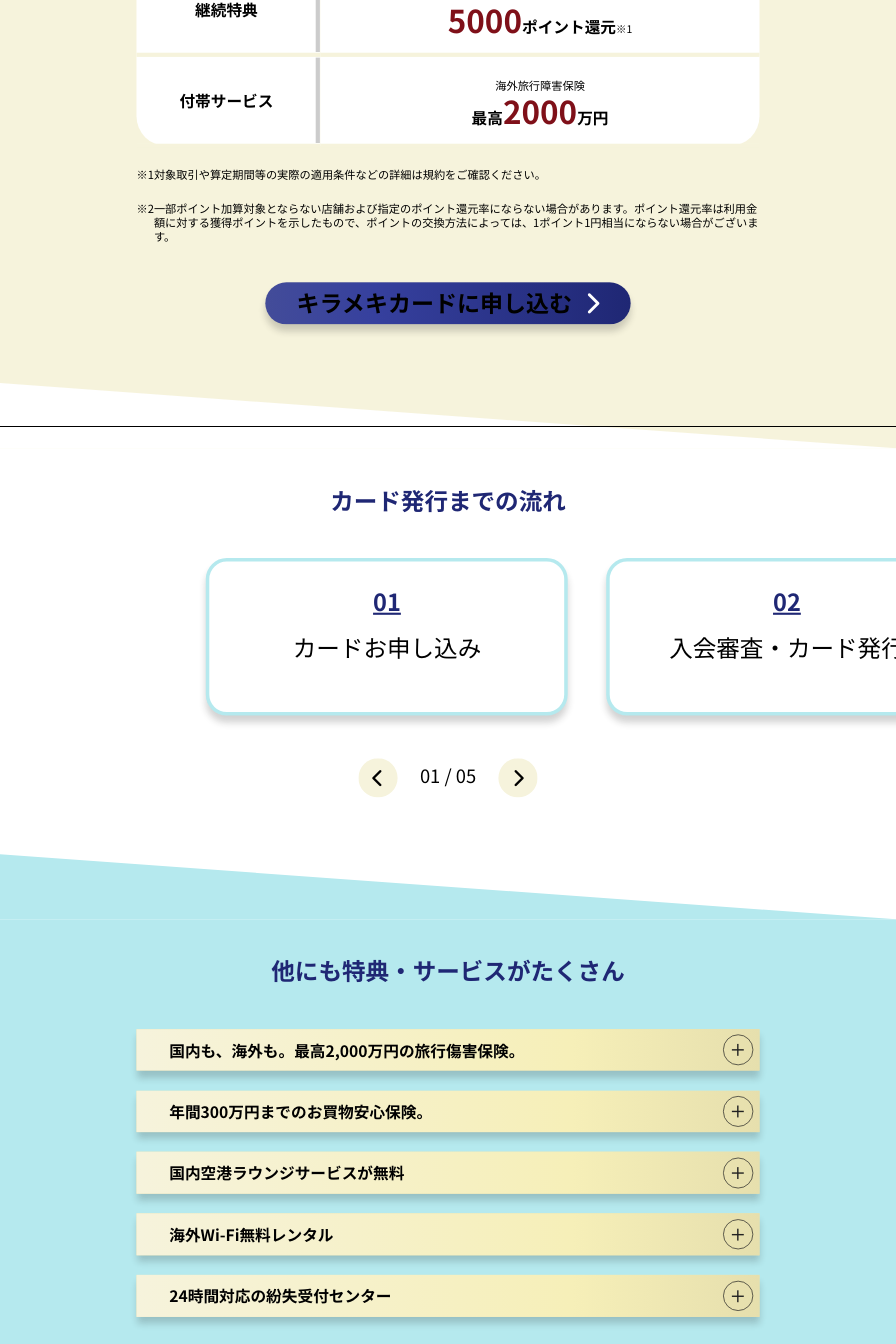
Repository: ryu-nuno/tech_academy_subwork
Page: kadai-kirameki-card-main/index.html
The author's editor kept a record of every edit. The page is drawn from the files as they stood at one moment, then again after the next edit.
The browser window is 1280 px wide. The pictures show the part of the page from y = 2296 to 4216 px (the page is 6409 px tall), at 70% of full size.
Some web libraries are served in a nearby version.

Above is the page before.

### kadai-kirameki-card-main/index.html
<!DOCTYPE html>
<html lang="ja">
    <head>
        <meta charset="UTF-8">
        <meta name="viewport" content="width=device-width, initial-scale=1.0">
        <title>Kirameki-card</title>
        <meta name="description" content="ページの説明が入ります">

        <!-- CSS -->
        <link rel="stylesheet" href="https://cdnjs.cloudflare.com/ajax/libs/normalize/8.0.1/normalize.css">
        <link rel="stylesheet" type="text/css" href="./slick/slick.css">
        <link rel="stylesheet" type="text/css" href="./slick/slick-theme.css">
        <link rel="stylesheet" href="https://unpkg.com/swiper/swiper-bundle.css">
        <link rel="stylesheet" href="https://unpkg.com/swiper/swiper-bundle.min.css">
        <link rel="stylesheet" href="./css/style.css">

        <!-- FontAwesome -->
        <script src="https://kit.fontawesome.com/ab2670e4fc.js" crossorigin="anonymous"></script>

        <link rel="preconnect" href="https://fonts.googleapis.com">
        <link rel="preconnect" href="https://fonts.gstatic.com" crossorigin>
        <link href="https://fonts.googleapis.com/css2?family=Cormorant+Garamond:wght@300&family=Noto+Serif+JP&family=Roboto&display=swap" rel="stylesheet">
    </head>
    <body>
      <div id="wrapper">


        <!-- ヘッダー -->
        <header class="header">
          <div class="logo"><img src="./images/pc/Kirameki_Card_logo.png" alt=""></div>

          <div class="header_wrap">
            <div class="nav">
            <nav class="pc_nav">
              <ul class="pc_nav_ul">
                <li><a href="#">カード活用方法</a></li>
                <li><a href="#">ポイントを使う</a></li>
                <li><a href="#">お問合せ</a></li>
              </ul>
            </nav>
            </div>

            <div class="application_button_s"><span class="head_right"><a href="#">申し込む</a></span><i class="fas fa-chevron-right"></i></div>
          </div>
        </header>


        <header class="sp_header">
          <div><div class="sp_logo">キラメキカード</div></div>
                  <div class="sp_nav_wrap">
          <div id="menu"><span class="hamburger"><i class="fas fa-bars"></i></span></div>
            <nav class="sp_nav">
            <ul class="sp_nav_ul">
              <li><a href="#">カード活用方法</a>/li>
              <li><a href="#">ポイントを使う</a></li>
              <li><a href="#">お問い合わせ</a></li>
            </ul>
        </nav>
    </div>
  </header>

        <!--メイン-->
        <main>

          <section class="main_top">
              <h1 class="main_catch">ネットショッピング時代の<br class="sp_br" />スタンダード</h1>
                <div class="main_img">
                  <img src="./images/pc/lp6_1.png" alt="">
                </div>
                <div class="sp_join_button"><span class="sp_join_p"><a href="#">申し込む</a></span><i class="fas fa-chevron-right"></i></div>
                <div class="stack">
                  <div class="sub_catch">キラメキカードは<br class="sp_br" />2021最強クレジットカード<br class="sp_br" />ランキングNo.1に選ばれました</div>
                </div>
          </section>

          <section class="gap">
          </section>
          <section class="join1">

            <h2 class="ad_heading">新規ご入会&ご利用で！</h2>
            <div class="join_wrap">
              <div class="join_detail">
                <span class="vertical">最大</span>
                <span class="font_l_red">8000</span><span class="point">ポイント</span><span class="kome">※</span><br />
                <span class="text_center_present">プレゼント!</span>
              </div>

              <div class="campaign_period">
                <span class="campaign">キャンペーン期間</span>
               <span class="period">2021年10月1日〜2022年3月31日</span>
              </div>

               <div class="campaign_caution">
                 <span class="rice_2">※</span>
                <span class="subject">最大8000ポイントは新規ご入会かつカード発行後1ヶ月以内に3000円以上ご利用いただいた方が対象となります</span>
               </div>

              <div class="caution_detail">
                <div class="detail_first">
                <span class="caution">＜ご注意事項＞<br /></span>
                <span class="not_app">以下のいずれかに当てはまる場合は対象外になります。<br /></span>
              </div>

              <div class="detail_second">
                <div class="flex">
                <span class="not_app_p">・</span><span class="not_app_block">2021年9月30日時点で弊社が指定するカードをお持ちの方</span>
              </div>
              <div class="flex">
                <span class="not_app_p">・</span><span class="not_app_block">2019年3月1日以降、新規で弊社が指定するカードを発行した履歴がある方</span>
              </div>
            </div>
            </div>
            </div>

              <div class="application_button_l"><span class="ad_right"><a href="#">キラメキカードに申し込む</a></span><i class="fas fa-chevron-right"></i></div>
           </section>

           <section class="benefit_service">
             <h2 class="heading">特典・サービス</h2>
            <table class="benefit_table">
              <tr>
                <td class="h_cell left_top"><span class="bold_head t_head">年会費</span></td>
                <td class="d_cell right_top"><span class="bold">1,100円（税込）<br /></span>
                  <span class="bold">年間30万円のご利用で</span><span class="red_m">翌年度無料</span><span class="annnotation sp_position">※1</span>
              </td>
              </tr>
              <tr>
                <td class="h_cell"><span class="bold_head t_head">ポイント還元</span></td>
                <td class="d_cell"><span class="bold">最大</span><span class="red_l">5</span><span class="bold">%</span><span class="annnotation">※2</span> </td>
              </tr>
              <tr>
                <td class="h_cell"><span class="bold_head t_head">継続特典</span></td>
                <td class="d_cell"><span class="regular">年間30万円のご利用でもれなく<br /></span>
                    <span class="red_l">5000</span><span class="bold">ポイント還元</span><span class="annnotation">※1</span>
                </td>
              </tr>
              <tr>
                <td class="h_cell left_bottom"><span class="bold_head t_head">付帯サービス</span></td>
                <td class="d_cell right_bottom"><span class="regular">海外旅行障害保険<br /></span>
                  <span class="bold">最高</span><span class="red_l">2000</span><span class="bold">万円</span>
                </td>
              </tr>
            </table>

            <div class="supplement sp_bottom"><span class="spp_no">※1</span> <span class="spp_p">対象取引や算定期間等の実際の適用条件などの詳細は規約をご確認ください。</span></div>

          <div class="supplement"><span class="spp_no">※2</span><span class="spp_p"> 一部ポイント加算対象とならない店舗および指定のポイント還元率にならない場合があります。ポイント還元率は利用金額に対する獲得ポイントを示したもので、ポイントの交換方法によっては、1ポイント1円相当にならない場合がございます。</span></div>


              <div class="application_button_l"><span class="ad_right"><a href="#">キラメキカードに申し込む</a></span><i class="fas fa-chevron-right"></i></div>
           </section>

           <section class="flow">
             <h2 class="heading">カード発行までの流れ</h2>

             <div class="swiper">
              <div class="swiper-wrapper">
                <div class="swiper-slide"><span class="flow_no">01<br /></span><span class="flow_head">カードお申し込み</span></div>
                <div class="swiper-slide"><span class="flow_no">02<br /></span><span class="flow_head">入会審査・カード発行</span></div>
                <div class="swiper-slide"><span class="flow_no">03<br /></span><span class="flow_head">カード到着</span></div>
                <div class="swiper-slide"><span class="flow_no">04<br /></span><span class="flow_head">アプリをダウンロード</span></div>
                <div class="swiper-slide"><span class="flow_no">05<br /></span><span class="flow_head">アプリでカード番号を確認</span></div>
              </div>
              <div class="swiper-button-prev"></div>
              <div class="swiper-button-next"></div>
              <div class="swiper-pagination"></div>
            </div>
           </section>


           <section class="other">
              <h2 class="heading">他にも<br class="sp_br" />特典・サービスがたくさん</h2>

              <div class="other_wrap">
                <dl class="accordion">
                    <dt class="other_heading"><div class="sp_question pc_question"><span class="other_head_p">国内も、海外も。<br class="sp_br" />最高2,000万円の旅行傷害保険。</span><span class="symbol">開く</span></div></dt>
                    <dd class="other_p"><div class="flex" style="display : flex; align-items: baseline;"><div class="other_block">最高2,000万円の旅行傷害保険<br />海外・国内最高2,000万円の旅行傷害保険が付帯されます。（一部利用条件あり）</div></div></dd>
                    <dt class="other_heading"><div class="sp_question"><span class="other_head_p">年間300万円までの<br class="sp_br" />お買物安心保険。</span><span class="symbol">開く</span></div></dt>
                    <dd class="other_p"><div class="flex" style="display : flex; align-items: baseline;"><div class="other_block">キラメキクレジットカードで決済して購入した商品が壊れたり、盗まれたりしたときに安心の保険サービスです。<br />保険料のお支払いや事前のお届けは必要ございません。</div></div></dd>
                    <dt class="other_heading"><div class="sp_question"><span class="other_head_p">国内空港ラウンジサービスが<br class="sp_br" />無料<br class="sp_br"></span><span class="symbol">開く</span></div></dt>
                    <dd class="other_p"><div class="flex" style="display : flex; align-items: baseline;"><div class="other_block">国内主要空港のラウンジを無料でご利用いただくことが可能です。</div></div></dd>
                    <dt class="other_heading"><div class="sp_question"><span class="other_head_p">海外Wi-Fi無料レンタル</span><span class="symbol">開く</span></div></dt>
                    <dd class="other_p"><div class="flex" style="display : flex; align-items: baseline;"><div class="other_block">海外でご利用いただけるポータブルWi-Fiを無料でレンタルすることが可能です。</div></div></dd>
                    <dt class="other_heading"><div class="sp_question"><span class="other_head_p">24時間対応の<br class="sp_br" />紛失受付センター</span><span class="symbol">開く</span></div></dt>
                    <dd class="other_p"><div class="flex" style="display : flex; align-items: baseline;"><div class="other_block">紛失したカードの利用停止と再発行のお手続きをWebと電話から同時に行うことが可能です。</div></div></dd>
                  </dl>
                </div>
            </section>









            <section class="base_info">
              <h2 class="heading">基本情報</h2>

              <table class="base_info_table">
                <tr><td class="base_info_th">名称</td><td class="base_info_td">キラメキクレジットカード</td></tr>
                <tr><td class="base_info_th">発行ブランド</td><td class="base_info_td">AAAAA / BBBBB</td></tr>
                <tr><td class="base_info_th">入会対象者</td><td class="base_info_td">満20歳以上で、ご本人に安定継続収入のある方</td></tr>
                <tr><td class="base_info_th">年会費</td><td class="base_info_td"><div class="line_height">＜本会員＞<br />　通常　1100円（税込）<br />　※年間30万円のご利用で翌年の年会<br class="sp_br" />費無料<br /><br />　＜家族会員＞<br />　無料（人数制限なし）</div></td></tr>
                <tr><td class="base_info_th">ポイント</td><td class="base_info_td">カード利用金額 200円（税込）ご利用で1ポイント</td></tr>
                <tr><td class="base_info_th">旅行傷害保険</td><td class="base_info_td">最高2,000万円の海外・国内旅行傷害保険<br /><span class="annotation_flex"><span class="info_annnotation">※</span><span class="info_annnotation aanotation_block">傷害死亡・後遺障害補償は、事前の旅費などの当該カードでのクレジット決済有無により最高補償額が異なります。</span></span></td></tr>
                <tr><td class="base_info_th">ショッピング保証</td><td class="base_info_td">年間300万円までのお買物安心保険<br /><span class="annotation_flex"><span class="info_annnotation">※</span><span class="info_annnotation aanotation_block">一部補償の対象とならない商品・損害がございます</span></span></td></tr>


              </table>
            </section>

            <section class="join2">
              <h2 class="ad_heading">新規ご入会&amp;ご利用で！</h2>
              <div class="join_wrap">
                <div class="join_detail">
                  <span class="vertical">最大</span>
                  <span class="font_l_red">8000</span><span class="point">ポイント</span><span class="small">※</span><br />
                  <span class="text_center_present">プレゼント!</span>
                </div>

                <div class="campaign_period">
                  <span class="campaign">キャンペーン期間</span>
                 <span class="period">2021年10月1日〜2022年3月31日</span>
                </div>

                 <div class="campaign_caution">
                   <span class="rice_2">※</span>
                  <span class="subject">最大8000ポイントは新規ご入会かつカード発行後1ヶ月以内に3000円以上ご利用いただいた方が対象となります</span>
                 </div>

                <div class="caution_detail">
                  <div class="detail_first">
                  <span class="caution">＜ご注意事項＞<br /></span>
                  <span class="not_app">以下のいずれかに当てはまる場合は対象外になります。<br /></span>
                </div>

                <div class="detail_second">
                  <div class="flex">
                  <span class="not_app_p">・</span><span class="not_app_block">2021年9月30日時点で弊社が指定するカードをお持ちの方</span>
                </div>
                <div class="flex">
                  <span class="not_app_p">・</span><span class="not_app_block">2019年3月1日以降、新規で弊社が指定するカードを発行した履歴がある方</span>
                </div>
              </div>
              </div>
              </div>

                <div class="application_button_l"><span class="ad_right"><a href="#">キラメキカードに申し込む</a></span><i class="fas fa-chevron-right"></i></div>
             </section>

        </main>

        <!-- フッター -->
        <footer class="footer">
          <div class="footer_logo"><img src="./images/pc/Kirameki_Card_logo.png" alt=></div>
          <p class="copywrite">&copy; 2004-2021 Kirameki Card Co. Ltd. All Rights Reserved.</p>

        </footer>

        <!-- JS -->
        <script src="https://ajax.googleapis.com/ajax/libs/jquery/3.4.1/jquery.min.js"></script>
        <!--<script type="text/javascript" src="https://cdnjs.cloudflare.com/ajax/libs/jquery/1.11.1/jquery.min.js"></script>
        <script src="https://code.jquery.com/jquery-2.2.0.min.js" type="text/javascript"></script>-->
        <script src="https://unpkg.com/swiper/swiper-bundle.js"></script>
        <script src="https://unpkg.com/swiper/swiper-bundle.min.js"></script>
        <script src="./slick/slick.js" type="text/javascript" charset="utf-8"></script>
        <script src="./js/hamburger.js"></script>
        <script src="./js/accordion.js"></script>
        <script src="./js/swiper.js"></script>
        <script src="./js/inview.js"></script>

      </div>
    </body>
</html>

### kadai-kirameki-card-main/js/swiper.js
$(function () {
  if (window.matchMedia('(max-width: 767px)').matches) {
    new Swiper('.swiper', {
      slidesPerView: 1.5,
      spaceBetween: 0,
      centeredSlides: true,
      pagination: {
        el: '.swiper-pagination',
        type: 'fraction',
        formatFractionCurrent: function (n) {
            return '0'  + n;
        },
        formatFractionTotal: function (number) {
            return '0' +number;
        }
      },
      navigation: {
        nextEl: '.swiper-button-next',
        prevEl: '.swiper-button-prev',
      },
    });
  } else {
    new Swiper('.swiper', {
  centeredSlides: true,
  slidesPerView: 1.6,
  pagination: {
    el: '.swiper-pagination',
    type: 'fraction',
    formatFractionCurrent: function (number) {
        return ('0' + number).slice(-2);
    },
    formatFractionTotal: function (number) {
        return ('0' + number).slice(-2);
    }
  },
  navigation: {
    prevEl: '.swiper-button-prev',
    nextEl: '.swiper-button-next',
  },
});
  }
})

Loaded but not shown: kadai-kirameki-card-main/slick/slick.css (common file); kadai-kirameki-card-main/slick/slick-theme.css (common file); kadai-kirameki-card-main/slick/slick.js (library); kadai-kirameki-card-main/js/inview.js (12 lines, source omitted); kadai-kirameki-card-main/js/accordion.js (6 lines, source omitted); kadai-kirameki-card-main/js/hamburger.js (5 lines, source omitted); kadai-kirameki-card-main/css/style.css (1404 lines, source omitted)

After the next edit:
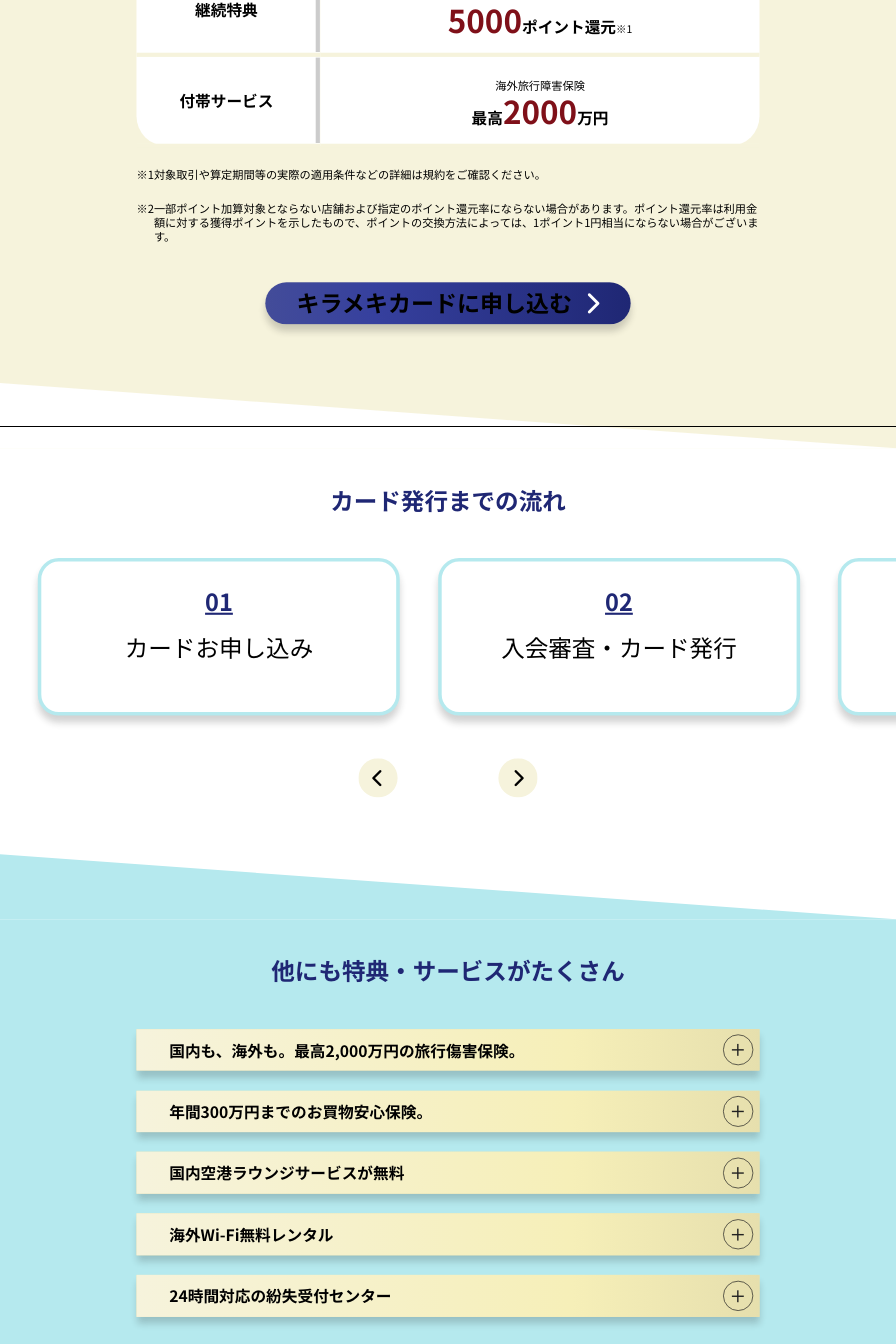
Console error: SyntaxError: Invalid or unexpected token
The edit:
--- a/kadai-kirameki-card-main/js/swiper.js
+++ b/kadai-kirameki-card-main/js/swiper.js
@@ -1,4 +1,4 @@
-$(function () {
+/*$(function () {
   if (window.matchMedia('(max-width: 767px)').matches) {
     new Swiper('.swiper', {
       slidesPerView: 1.5,

After the edit that followed:
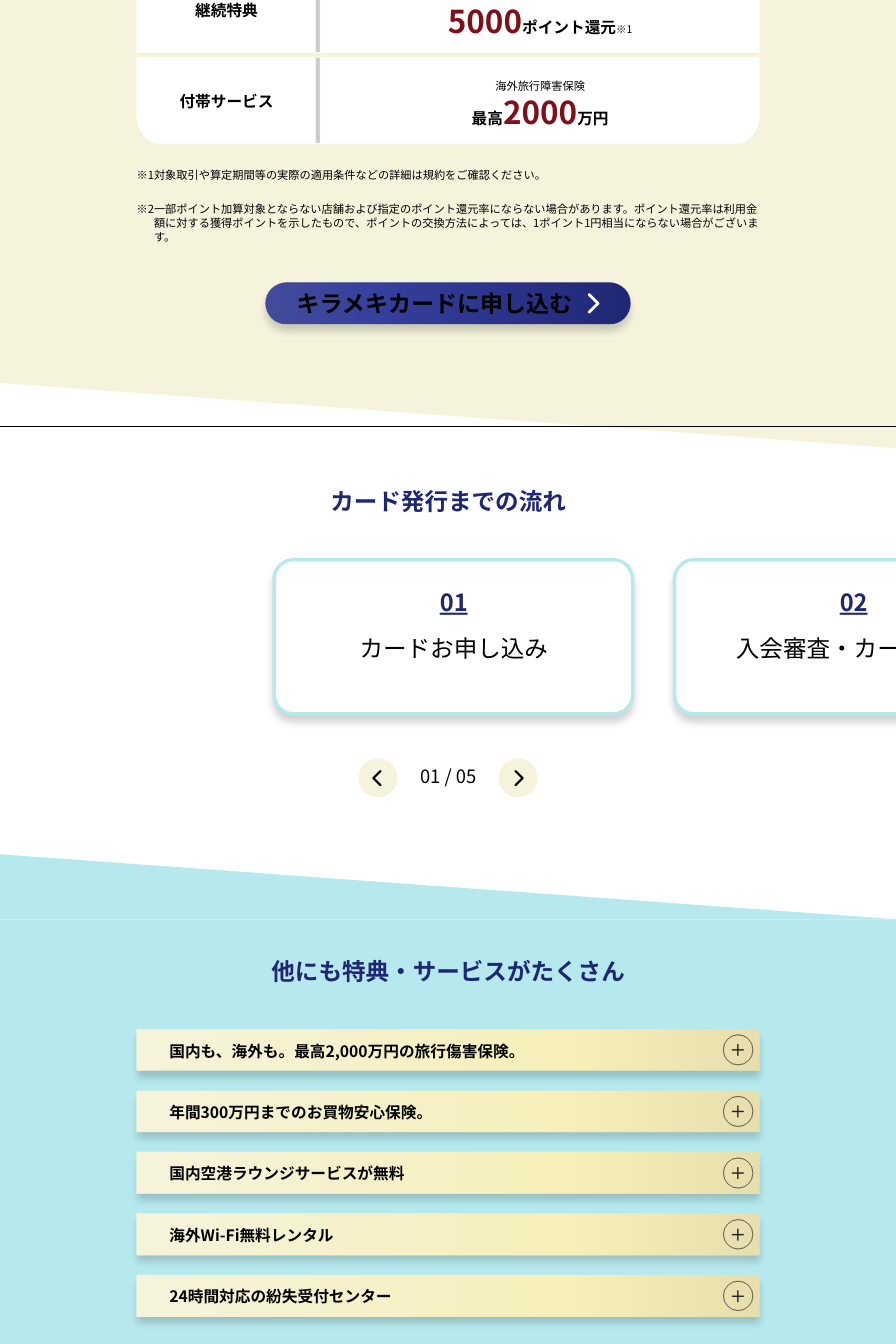
The error is gone.
The edit:
--- a/kadai-kirameki-card-main/js/swiper.js
+++ b/kadai-kirameki-card-main/js/swiper.js
@@ -1,4 +1,4 @@
-/*$(function () {
+$(function () {
   if (window.matchMedia('(max-width: 767px)').matches) {
     new Swiper('.swiper', {
       slidesPerView: 1.5,
@@ -21,22 +21,23 @@
     });
   } else {
     new Swiper('.swiper', {
-  centeredSlides: true,
-  slidesPerView: 1.6,
-  pagination: {
-    el: '.swiper-pagination',
-    type: 'fraction',
-    formatFractionCurrent: function (number) {
-        return ('0' + number).slice(-2);
-    },
-    formatFractionTotal: function (number) {
-        return ('0' + number).slice(-2);
-    }
-  },
-  navigation: {
-    prevEl: '.swiper-button-prev',
-    nextEl: '.swiper-button-next',
-  },
-});
+      slidesPerView: 2.1,
+      spaceBetween: 0,
+      centeredSlides: true,
+      pagination: {
+        el: '.swiper-pagination',
+        type: 'fraction',
+        formatFractionCurrent: function (n) {
+            return '0'  + n;
+        },
+        formatFractionTotal: function (number) {
+            return '0' +number;
+        }
+      },
+      navigation: {
+        nextEl: '.swiper-button-next',
+        prevEl: '.swiper-button-prev',
+      },
+    });
   }
 })
